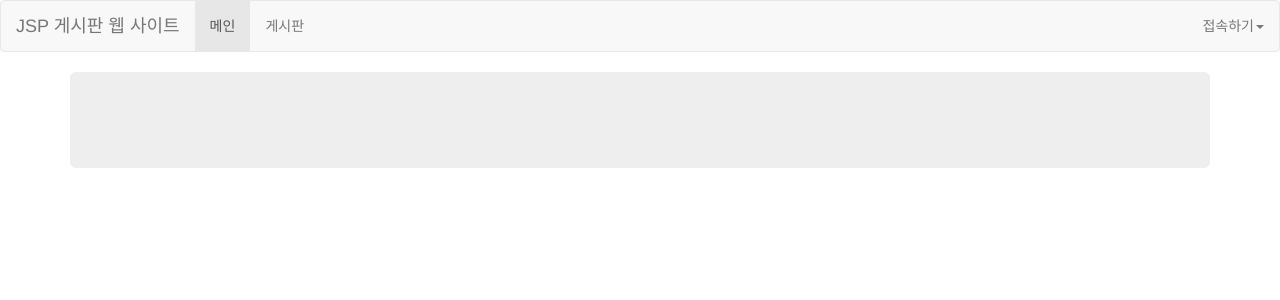
Repository: ksh125/JSP-Notice_Board
Page: http://localhost/BBS/main.jsp
An editor plug-in stored every save of this project. The page is shown before and after a run of saves, followed by the edit.
The browser window is 1280 px wide. The pictures show the whole page.
Some web libraries are served in a nearby version. The page is served by Tomcat 9. Other server files are loaded and not shown.

Above is the page before, as saved 2022-10-29 16:40:54.

### BBS/src/main/webapp/main.jsp
<%@ page language="java" contentType="text/html; charset=UTF-8"
    pageEncoding="UTF-8"%>
<%@ page import="java.io.PrintWriter" %>
<!DOCTYPE html>
<html>
<head>
<meta http-equiv="Content-Type" content="text/html; charset=UTF-8">
<meta name="viewport" content="width=device-width", initial-scale="1" >  <!-- 반응형 웹에 사용하는 메타태그 -->
<link rel="stylesheet" href="css/bootstrap.css"> <!-- 참조  -->
<title>JSP 게시판 웹 사이트</title>
</head>
<body>
<%
    String userID = null;
    if (session.getAttribute("userID") != null)
    {
        userID = (String)session.getAttribute("userID");
    }
%>
    <nav class ="navbar navbar-default">
        <div class="navbar-header"> <!-- 홈페이지의 로고 -->
            <button type="button" class="navbar-toggle collapsed"
                data-toggle="collapse" data-target="#bs-example-navbar-collapse-1"
                aria-expand="false">
                <span class ="icon-bar"></span> <!-- 줄였을때 옆에 짝대기 -->
                <span class ="icon-bar"></span>
                <span class ="icon-bar"></span>
            </button>
            <a class ="navbar-brand" href="main.jsp">JSP 게시판 웹 사이트</a>
        </div>
        <div class="collapse navbar-collapse" id="bs-example-navbar-collapse-1">
            <ul class="nav navbar-nav">
                <li class="active"><a href="main.jsp">메인</a></li>
                <li><a href="bbs.jsp">게시판</a></li>
            </ul>
            <%
                if(userID == null)
                {
            %>
            <ul class="nav navbar-nav navbar-right">
                <li class="dropdown">
                <a href="#" class = "dropdown-toggle"
                    data-toggle="dropdown" role ="button" aria-haspopup="true"
                    aria-expanded="false">접속하기<span class="caret"></span></a>
                    <ul class="dropdown-menu">
                        <li><a href="login.jsp">로그인</a></li>
                        <li><a href="join.jsp">회원가입</a></li>
                    </ul>
                </li>
            </ul>
            <%
                } else {
            %>
            <ul class="nav navbar-nav navbar-right">
                <li class="dropdown">
                <a href="#" class = "dropdown-toggle"
                    data-toggle="dropdown" role ="button" aria-haspopup="true"
                    aria-expanded="false">회원관리<span class="caret"></span></a>
                    <ul class="dropdown-menu">
                        <li><a href="loginAction.jsp">로그아웃</a></li>
                    </ul>
                </li>
            </ul>
            <%
                }
            %>
        </div>
    </nav>
    <div class = "container">
    	<div class = "jumbotron">
    		<div class = container>

    		</div>
    	</div>
    </div>
    <script src="https://code.jquery.com/jquery-3.1.1.min.js"></script>
    <script src="js/bootstrap.js"></script>
</body>
</html>

Loaded but not shown: BBS/src/main/webapp/css/bootstrap.css (library); BBS/src/main/webapp/js/bootstrap.js (library)

After the next 3 saves:
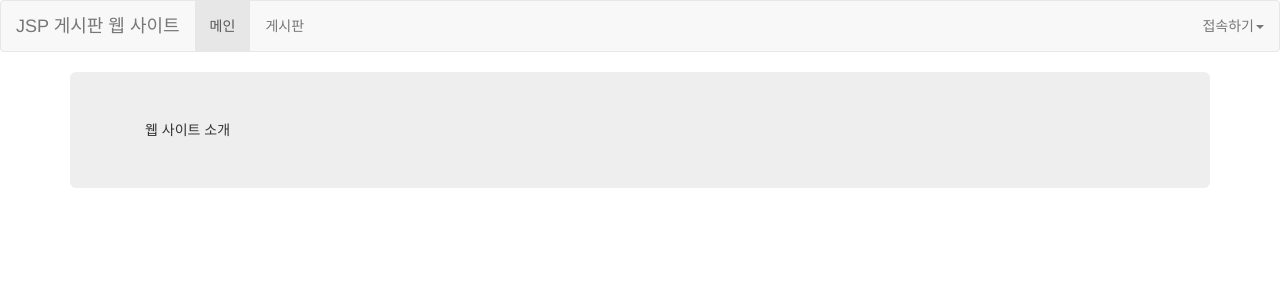
The 3 saves are shown as one change because they came seconds apart.
The last was saved 20 s later.
--- a/BBS/src/main/webapp/main.jsp
+++ b/BBS/src/main/webapp/main.jsp
@@ -69,7 +69,7 @@
     <div class = "container">
     	<div class = "jumbotron">
     		<div class = container>
-
+    			<hi>웹 사이트 소개</hi>
     		</div>
     	</div>
     </div>
